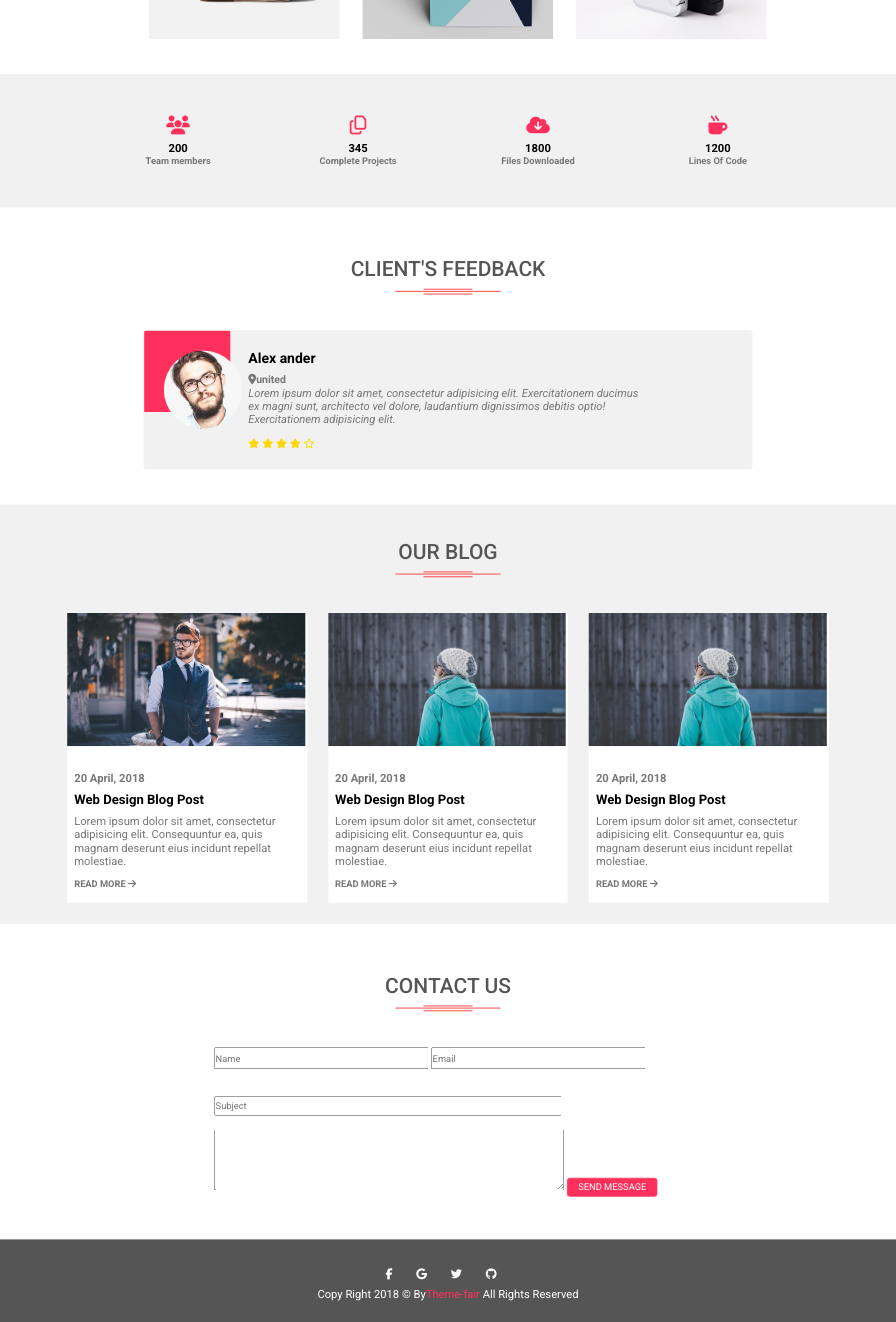
Repository: ahmedgouda5/Fokir
Page: index.html
An editor plug-in stored every save of this project. The page is shown before and after the next save, followed by the edit.
The browser window is 1280 px wide. The pictures show the part of the page from y = 2312 to 4232 px (the page is 4200 px tall before and 4232 px after), at 70% of full size.

Above is the page before, as saved 2024-06-24 00:18:06.

After the next save:
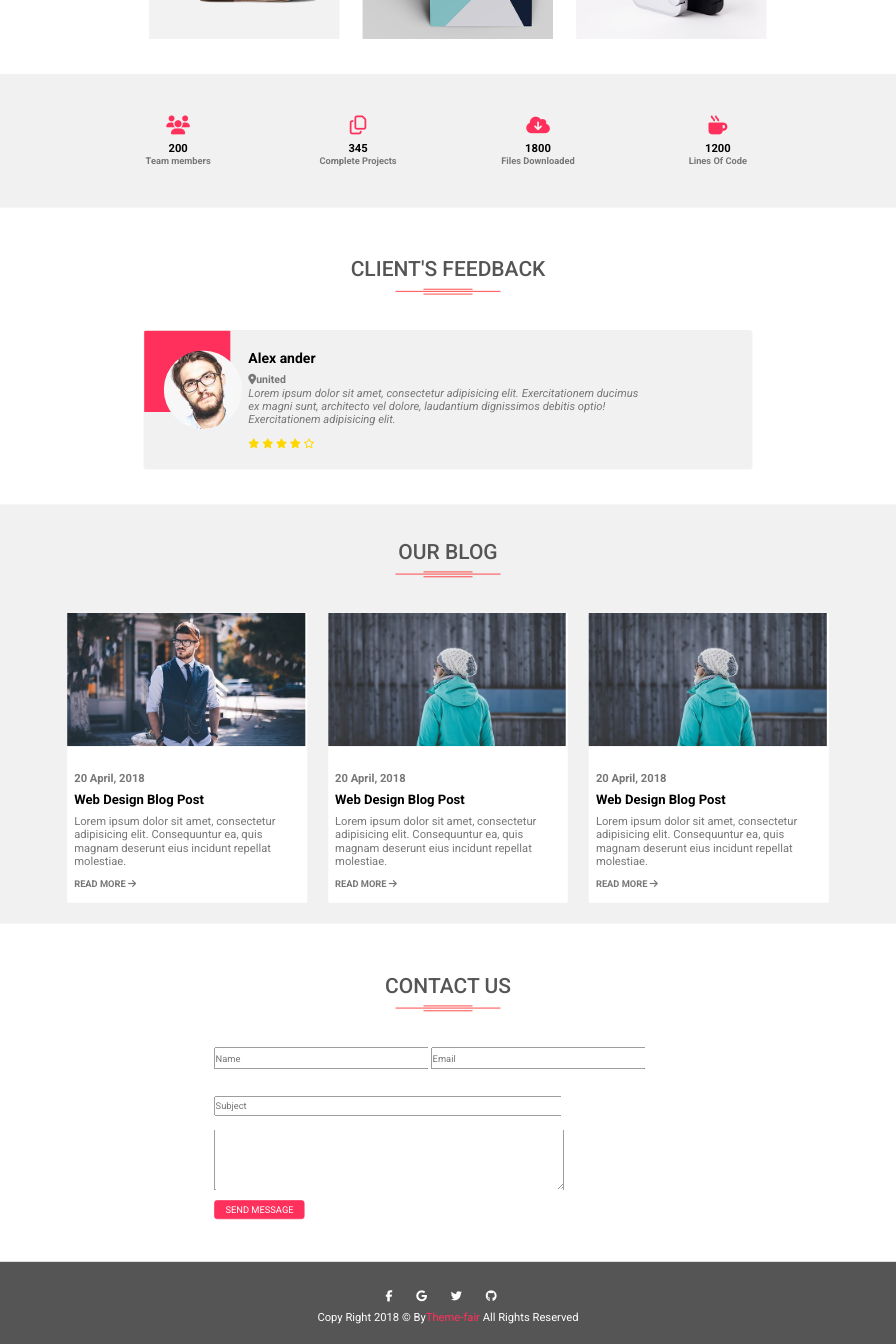
Saved 42 s later.
--- a/index.html
+++ b/index.html
@@ -297,7 +297,7 @@
             <br>
             <textarea required="required" rows="4" placeholder="Message for me" name="message"
                 style="width: 500px; height: 87px;">
-            </textarea>
+            </textarea> <br>
             <button type="submit" class="btn-2">SEND MESSAGE</button>
         </div>
     </div>
